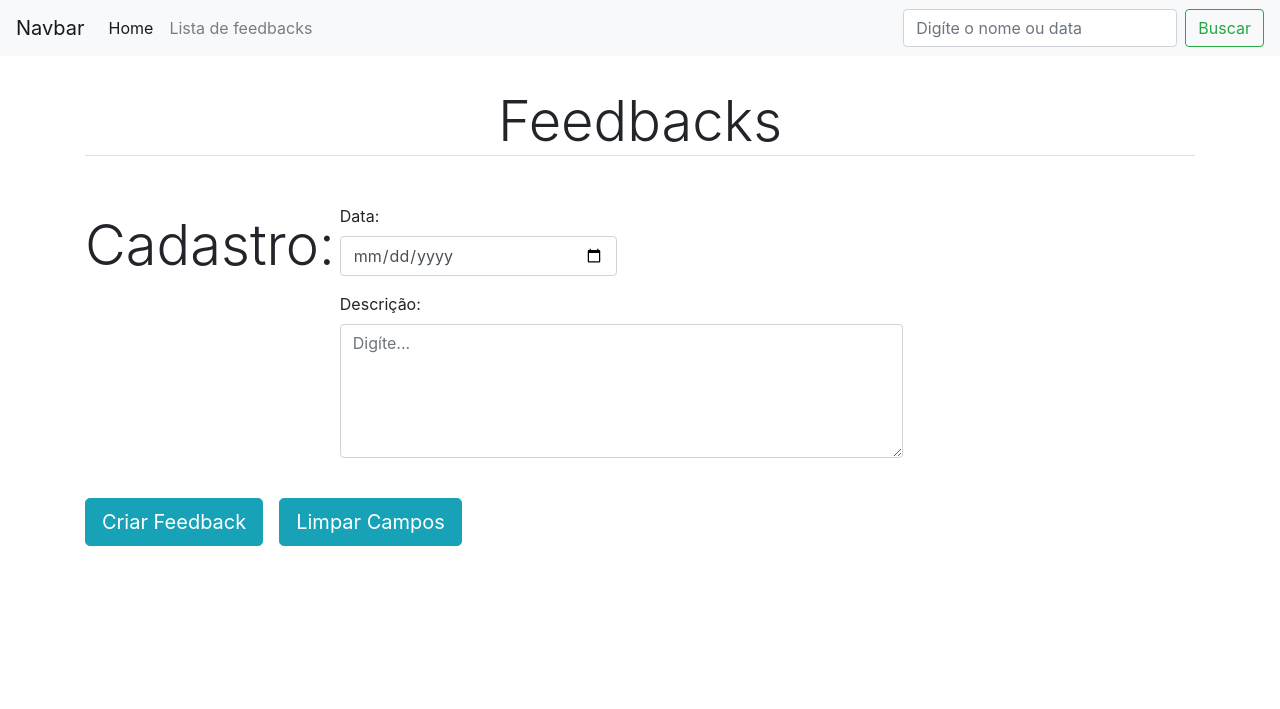
Repository: JulioSantooz/maisViagensSegundaVersao
Page: java-web(eclipse)/java-crud-mais-viagens/src/main/webapp/descricao.html
The author's editor kept a copy of each file at every save. The page is drawn from the files as they stood at one save, then again after the next save.
The browser window is 1280 px wide. The pictures show the whole page.
Some web libraries are served in a nearby version.

Above is the page before, as saved 2022-02-06 15:39:13.

### java-web(eclipse)/java-crud-mais-viagens/src/main/webapp/descricao.html
<!DOCTYPE html>
<html>
<head>
<meta charset="ISO-8859-1">
<link rel="stylesheet" href="https://maxcdn.bootstrapcdn.com/bootstrap/4.0.0/css/bootstrap.css">
<title>+Viagens - Feedbacks</title>
</head>
<body>

<nav class="navbar navbar-expand-lg navbar-light bg-light">
  <a class="navbar-brand" href="#">Navbar</a>
  <button class="navbar-toggler" type="button" data-toggle="collapse" data-target="#navbarSupportedContent" aria-controls="navbarSupportedContent" aria-expanded="false" aria-label="Toggle navigation">
    <span class="navbar-toggler-icon"></span>
  </button>

  <div class="collapse navbar-collapse" id="navbarSupportedContent">
    <ul class="navbar-nav mr-auto">
      <li class="nav-item active">
        <a class="nav-link" href="index.html">Home <span class="sr-only">(current)</span></a>
      </li>
      <li class="nav-item">
        <a class="nav-link" href="#">Lista de feedbacks</a>
      </li>
    </ul>
    <form class="form-inline my-2 my-lg-0">
      <input name="pesquisa" class="form-control mr-sm-2" type="search" placeholder="Digíte o nome ou data" aria-label="Search">
      <button class="btn btn-outline-success my-2 my-sm-0" type="submit">Buscar</button>
    </form>
  </div>
</nav>

<main class="container text-center mt-3">
	<div class="row">
		<div class="col-12">
			<h1 class="display-4 my-3 border-bottom">Feedbacks</h1>
			<form action="CreateAndFind" method="POST">
			<h1 class="display-4 my-2 float-left">Cadastro:</h1>
                <div class="form-row mt-5 d-flex flex-column">
                    <div class="form-group col-4">
                        <label for="" class="float-left">Data:</label>
                        <input name="data" type="date" class="form-control" id="">
                    </div>
                    <div class="form-group col-8">
                        <label for="" class="float-left">Descrição:</label>
                        <textarea name="descricao" maxlength="300" class="form-control" id="" rows="5" placeholder="Digíte..."></textarea>
                    </div>
                </div>
                <button type="submit" class="btn btn-lg btn-info my-4 float-left">Criar Feedback</button>
                <button type="reset" class="btn btn-lg btn-info ml-3 my-4 float-left">Limpar Campos</button>
            </form>
		</div>
	</div>
</main>


<script src="https://code.jquery.com/jquery-3.2.1.slim.min.js"></script>
<script src="https://cdnjs.cloudflare.com/ajax/libs/popper.js/1.12.9/umd/popper.min.js"></script>
<script src="https://maxcdn.bootstrapcdn.com/bootstrap/4.0.0/js/bootstrap.js"></script>

</body>
</html>

After the next save:
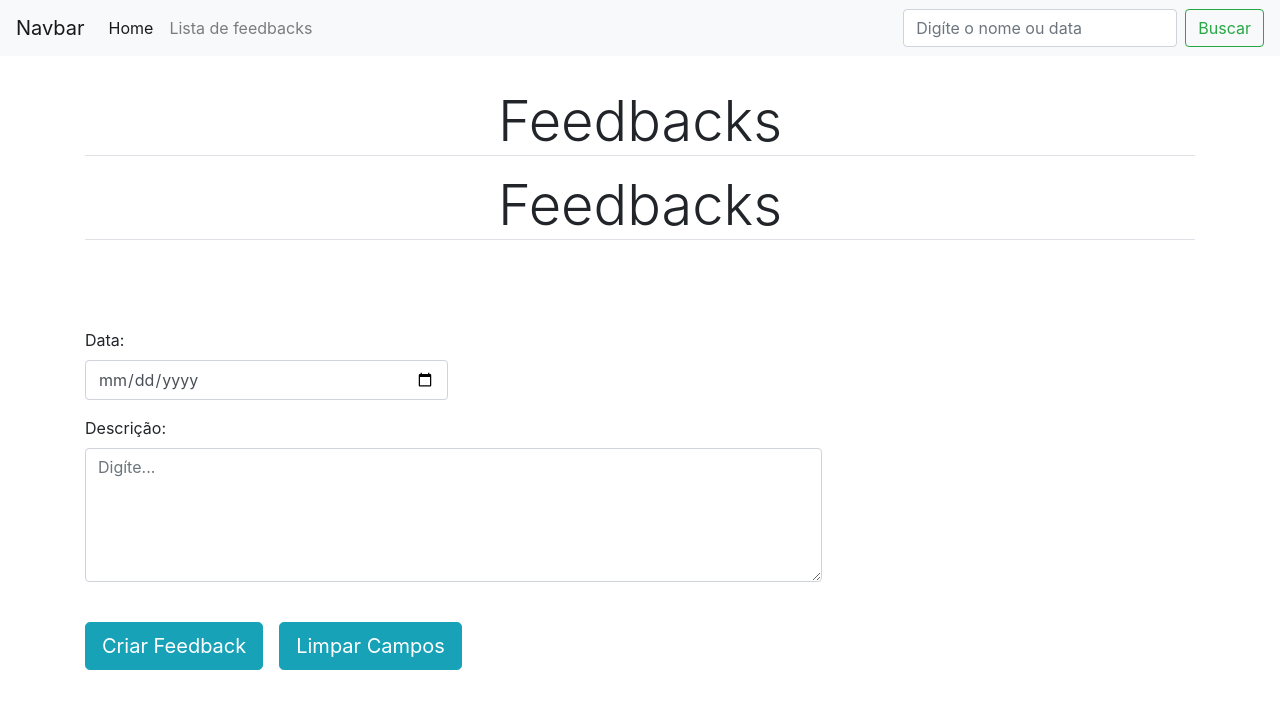
Saved 18 s later.
--- a/java-web(eclipse)/java-crud-mais-viagens/src/main/webapp/descricao.html
+++ b/java-web(eclipse)/java-crud-mais-viagens/src/main/webapp/descricao.html
@@ -34,7 +34,7 @@
 		<div class="col-12">
 			<h1 class="display-4 my-3 border-bottom">Feedbacks</h1>
 			<form action="CreateAndFind" method="POST">
-			<h1 class="display-4 my-2 float-left">Cadastro:</h1>
+			<h1 class="display-4 my-3 border-bottom">Feedbacks</h1><br>
                 <div class="form-row mt-5 d-flex flex-column">
                     <div class="form-group col-4">
                         <label for="" class="float-left">Data:</label>
